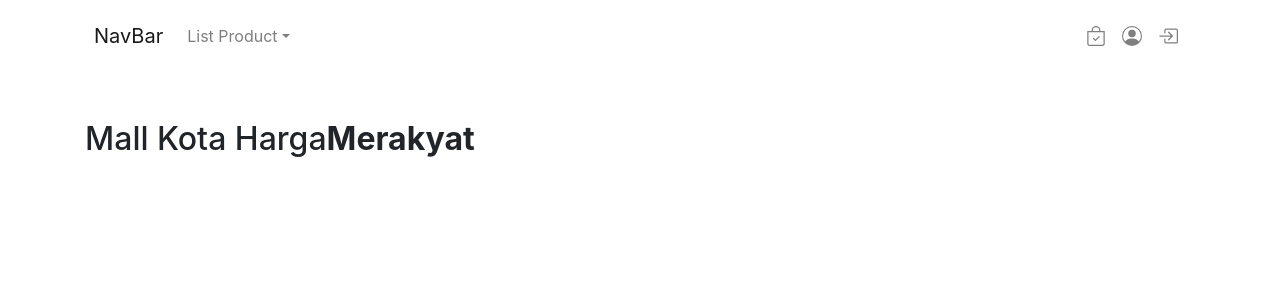
Repository: AHSANS354/ecommerce-catalog
Page: /
These files come from the project's save history. The page is drawn as it stood at one moment and after the next save; the edit follows.
The browser window is 1280 px wide. The pictures show the whole page.
The project was rebuilt for these pictures with package versions that can differ from the ones it lists, and the page was loaded fresh each time. Also part of the build but not shown: vue.config.js.

Above is the page before, as saved 2023-03-01 16:08:26.

### src/main.js
import Vue from "vue";
import App from "./App.vue";
import router from "./router";
import { BootstrapVue, IconsPlugin } from "bootstrap-vue";

// Import Bootstrap and BootstrapVue CSS files (order is important)
import "bootstrap/dist/css/bootstrap.css";
import "bootstrap-vue/dist/bootstrap-vue.css";

// Make BootstrapVue available throughout your project
Vue.use(BootstrapVue);
// Optionally install the BootstrapVue icon components plugin
Vue.use(IconsPlugin);

Vue.config.productionTip = false;

new Vue({
  router,
  render: (h) => h(App),
}).$mount("#app");

### src/App.vue
<template>
  <div id="app">
    <router-view />
  </div>
</template>

### src/views/HomeView.vue
<template>
  <div class="home">
    <navbar-view />
    <div class="container mt-5">
      <div class="row">
        <div class="col">
          <h2>Mall Kota Harga<strong>Merakyat</strong></h2>
        </div>
      </div>
    </div>
  </div>
</template>

<script>
import NavbarView from "@/components/NavbarView.vue";
// @ is an alias to /src

export default {
  name: "HomeView",
  components: {
    NavbarView,
  },
};
</script>

### src/components/NavbarView.vue
<template>
  <div class="container p-2">
    <b-navbar toggleable="lg" type="light">
      <router-link class="navbar-brand" to="/">NavBar</router-link>

      <b-navbar-toggle target="nav-collapse"></b-navbar-toggle>

      <b-collapse id="nav-collapse" is-nav>
        <b-navbar-nav>
          <b-nav-item-dropdown text="List Product" right>
            <router-link class="dropdown-item" to="/">EN</router-link>
            <router-link class="dropdown-item" to="/">ES</router-link>
            <router-link class="dropdown-item" to="/">RU</router-link>
            <router-link class="dropdown-item" to="/">FA</router-link>
          </b-nav-item-dropdown>
        </b-navbar-nav>

        <!-- Right aligned nav items -->
        <b-navbar-nav class="ml-auto">
          <router-link to="/"
            ><b-nav-item><b-icon-bag-check></b-icon-bag-check></b-nav-item
          ></router-link>
          <router-link to="/"
            ><b-nav-item
              ><b-icon-person-circle></b-icon-person-circle></b-nav-item
          ></router-link>
          <router-link to="/"
            ><b-nav-item
              ><b-icon-box-arrow-in-right></b-icon-box-arrow-in-right></b-nav-item
          ></router-link>
        </b-navbar-nav>
      </b-collapse>
    </b-navbar>
  </div>
</template>

<script>
export default {
  name: "NavbarView",
};
</script>

<style>
</style>

Loaded but not shown: public/index.html (common file); src/router/index.js (common file)

After the next save:
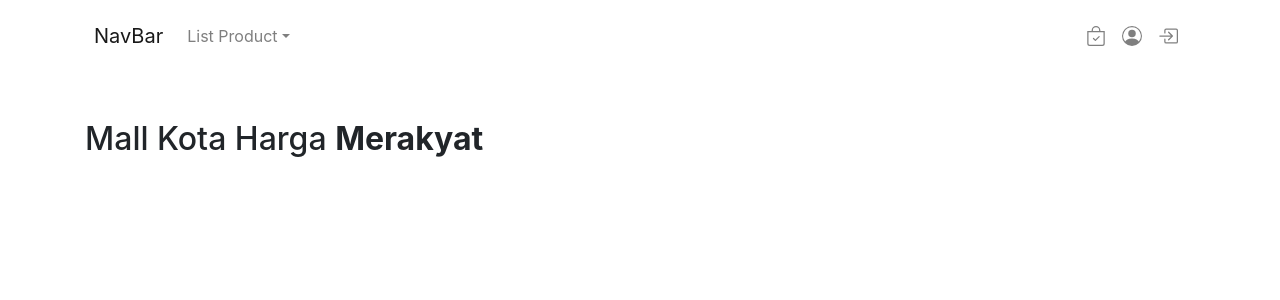
Saved 13 s later.
--- a/src/views/HomeView.vue
+++ b/src/views/HomeView.vue
@@ -4,7 +4,7 @@
     <div class="container mt-5">
       <div class="row">
         <div class="col">
-          <h2>Mall Kota Harga<strong>Merakyat</strong></h2>
+          <h2>Mall Kota Harga <strong>Merakyat</strong></h2>
         </div>
       </div>
     </div>
